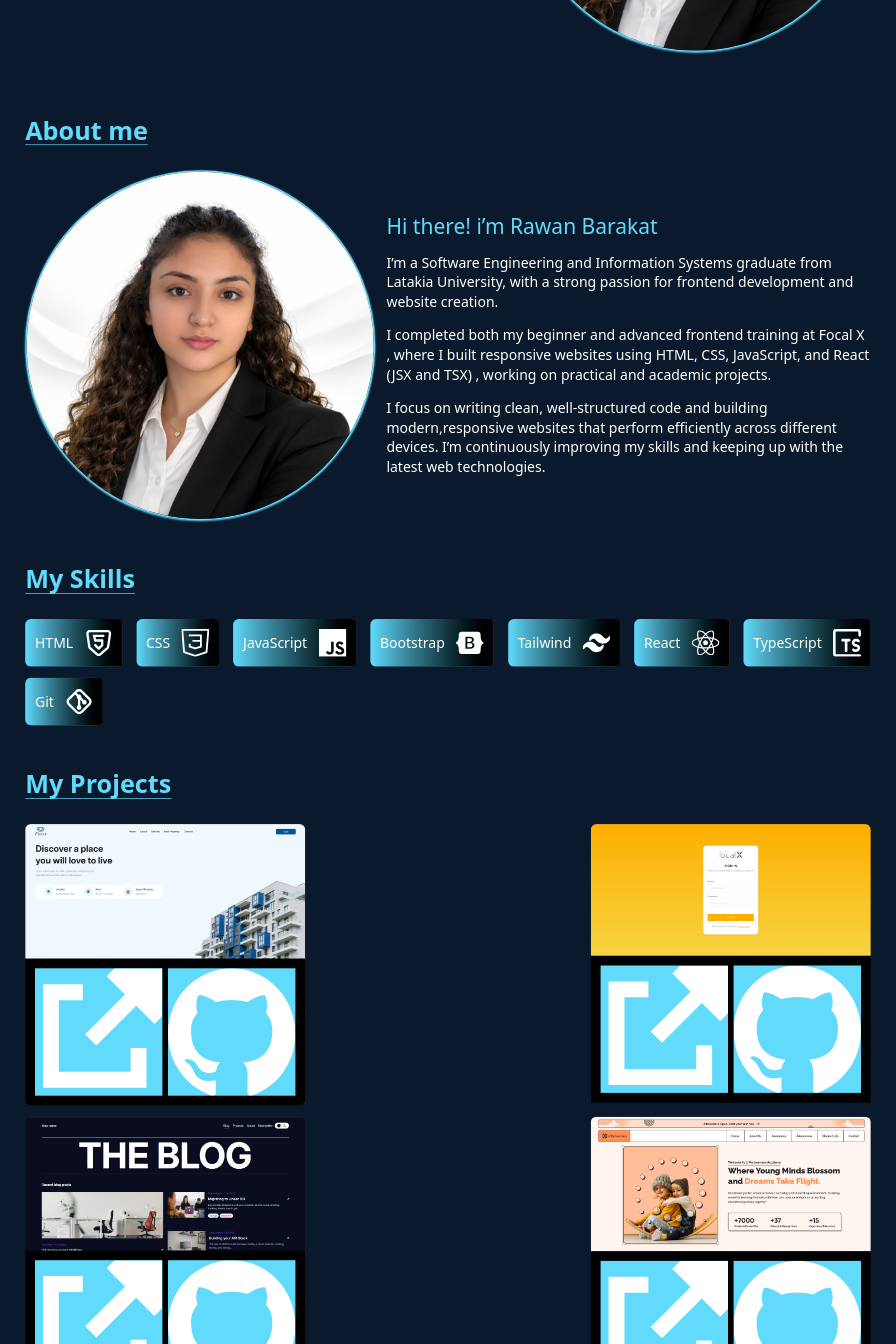
Repository: RawanBarakat-hub/portfolio
Page: /
An editor plug-in stored every save of this project. The page is shown before and after a run of saves, followed by the edit.
The browser window is 1280 px wide. The pictures show the part of the page from y = 585 to 2505 px (the page is 4627 px tall), at 70% of full size.
The project was rebuilt for these pictures with package versions that can differ from the ones it lists, and the page was loaded fresh each time. Also part of the build but not shown: vite.config.ts.

Above is the page before, as saved 2026-02-22 21:58:25.

After the next 5 saves:
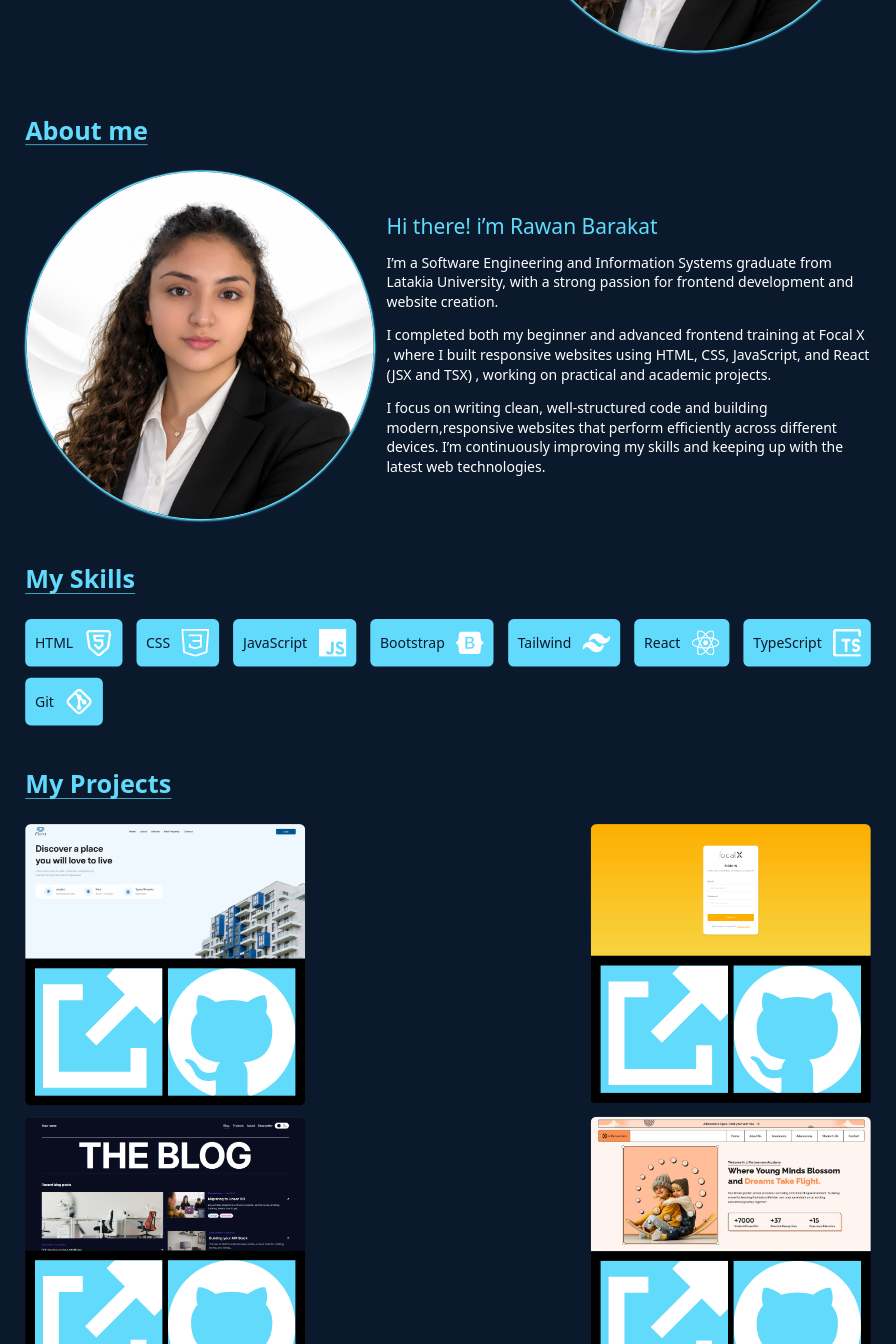
The 5 saves are shown as one change because they came seconds apart.
The last was saved 14 s later.
--- a/src/components/LinkBtn.tsx
+++ b/src/components/LinkBtn.tsx
@@ -2,11 +2,10 @@ import { Link } from 'react-router-dom'
 import { type LinkProps } from '../interfaces'
 const LinkBtn = ({url,text,image}:LinkProps) => {
     return (
-            <Link className={`${image?"text-white bg-linear-to-r from-primary-color to-black font-medium  hover:scale-120":
-                ""}
+            <Link className="
                 bg-primary-color hover:bg-hover-color
             text-xl text-background-color p-3.5 rounded-lg w-fit flex items-center
-            gap-4 transition-all`} to={url}>{text}
+            gap-4 transition-all`" to={url}>{text}
             {image && <img className='w-10' src={image?.source} alt={image?.alternative} />}</Link>
     )
 }
